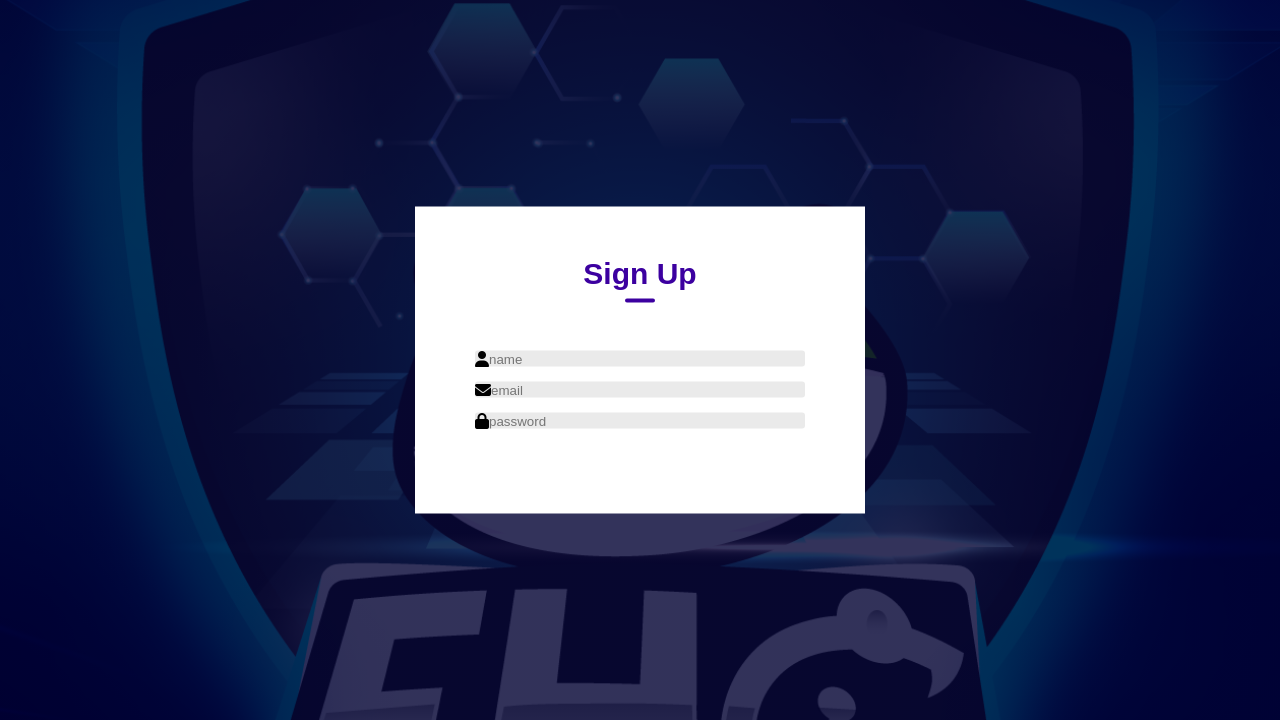
Repository: vietanhlek48/loginProject
Page: index.html
These files come from the project's save history. The page is drawn as it stood at one moment and after the next save; the edit follows.
The browser window is 1280 px wide. The pictures show the whole page.
Some web libraries are served in a nearby version.

Above is the page before, as saved 2023-02-16 00:54:18.

After the next save:
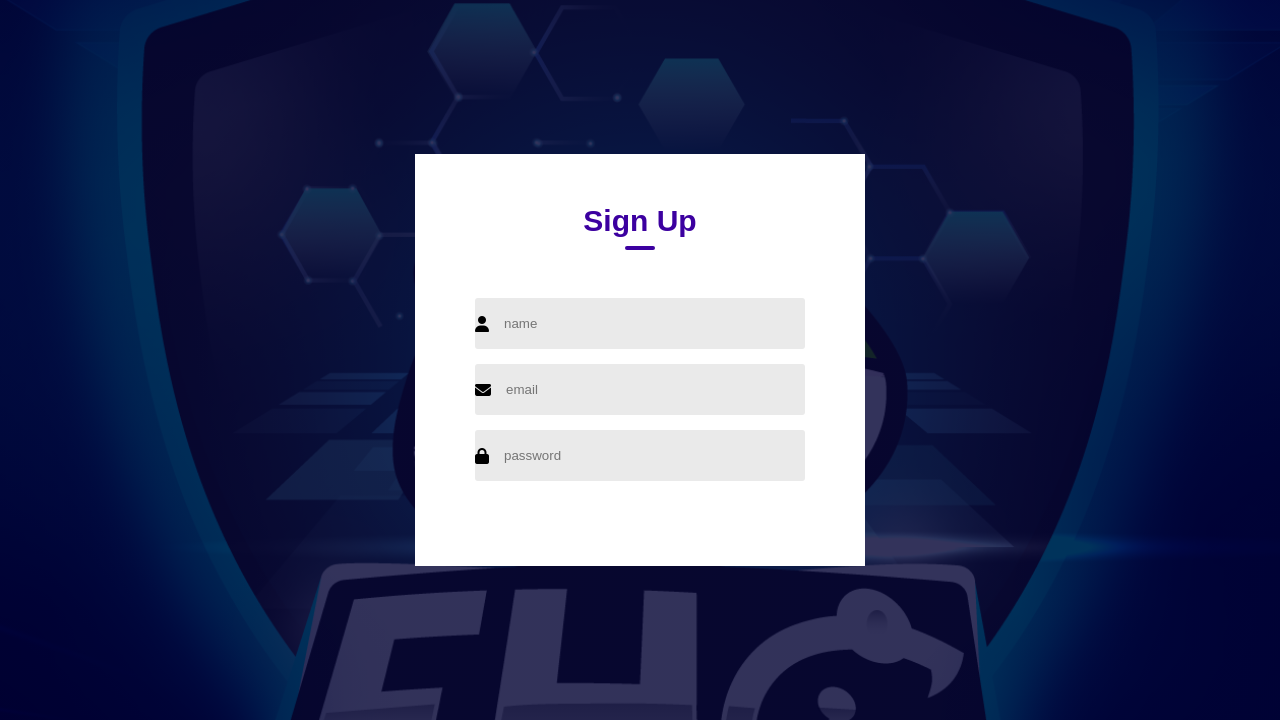
Saved 6 s later.
--- a/style.css
+++ b/style.css
@@ -58,5 +58,5 @@ input{
     background: transparent;
     border: 0;
     outline: 0;
-    padding: 18px 1;
+    padding: 18px 15px;
 }
